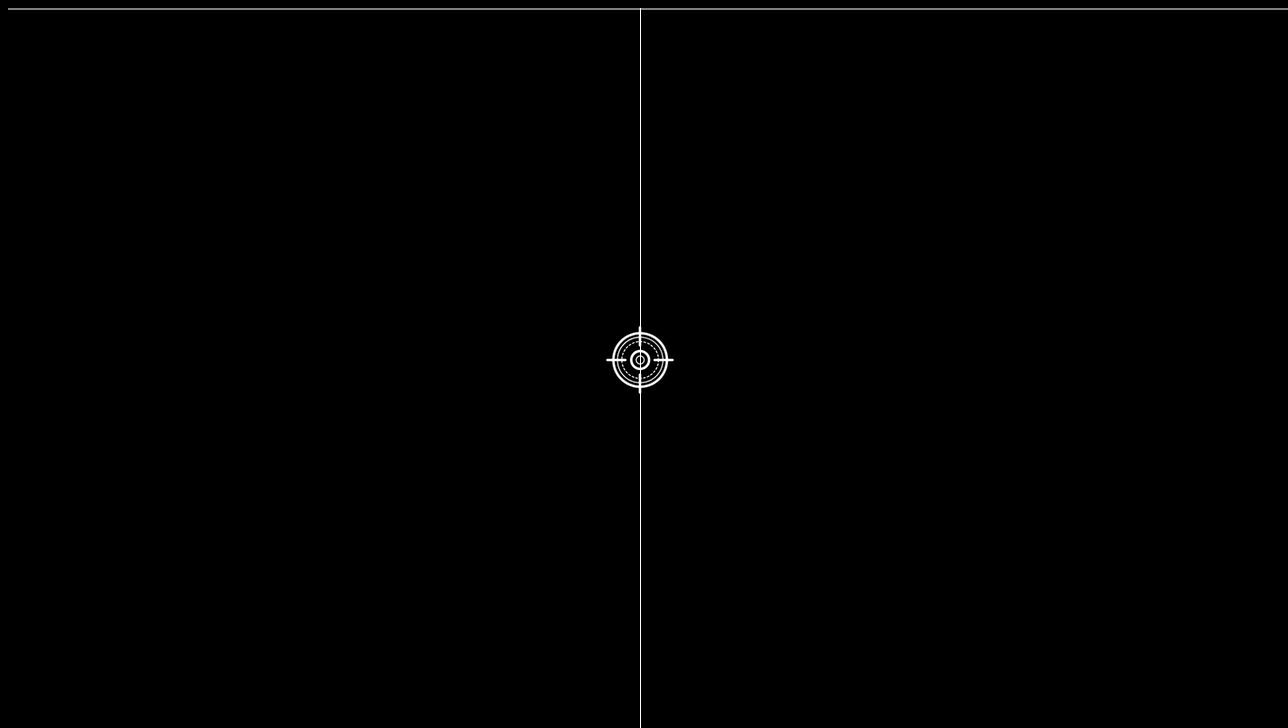
Repository: rladpwl0512/dreamcoding_browser101
Page: (2) coordinates/index.html
These files come from the project's save history. The page is drawn as it stood at one moment and after a run of saves; the edit follows.
The browser window is 1280 px wide. The page is 1288 px wide, so the pictures cover 1288 px, including what lies to the right of the window. The pictures show the whole page.

Above is the page before, as saved 2021-09-30 18:44:20.

After the next 2 saves:
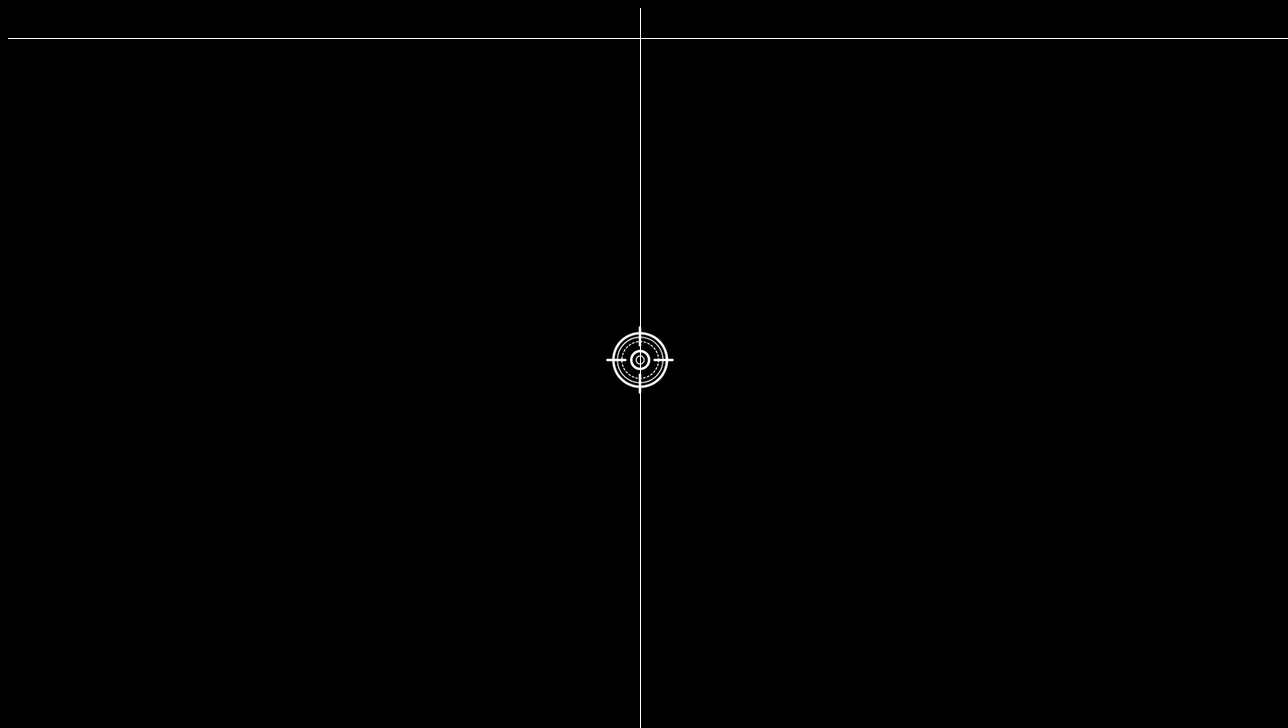
The 2 saves are shown as one change because they came seconds apart.
The last was saved 29 s later.
--- a/(2) coordinates/style.css
+++ b/(2) coordinates/style.css
@@ -9,7 +9,7 @@ body {
 .horizon {
   width: 100%;
   height: 1px;
-  transform: translateY(50%);
+  transform: translate(0px, 30px);
 }
 
 .vertical {
